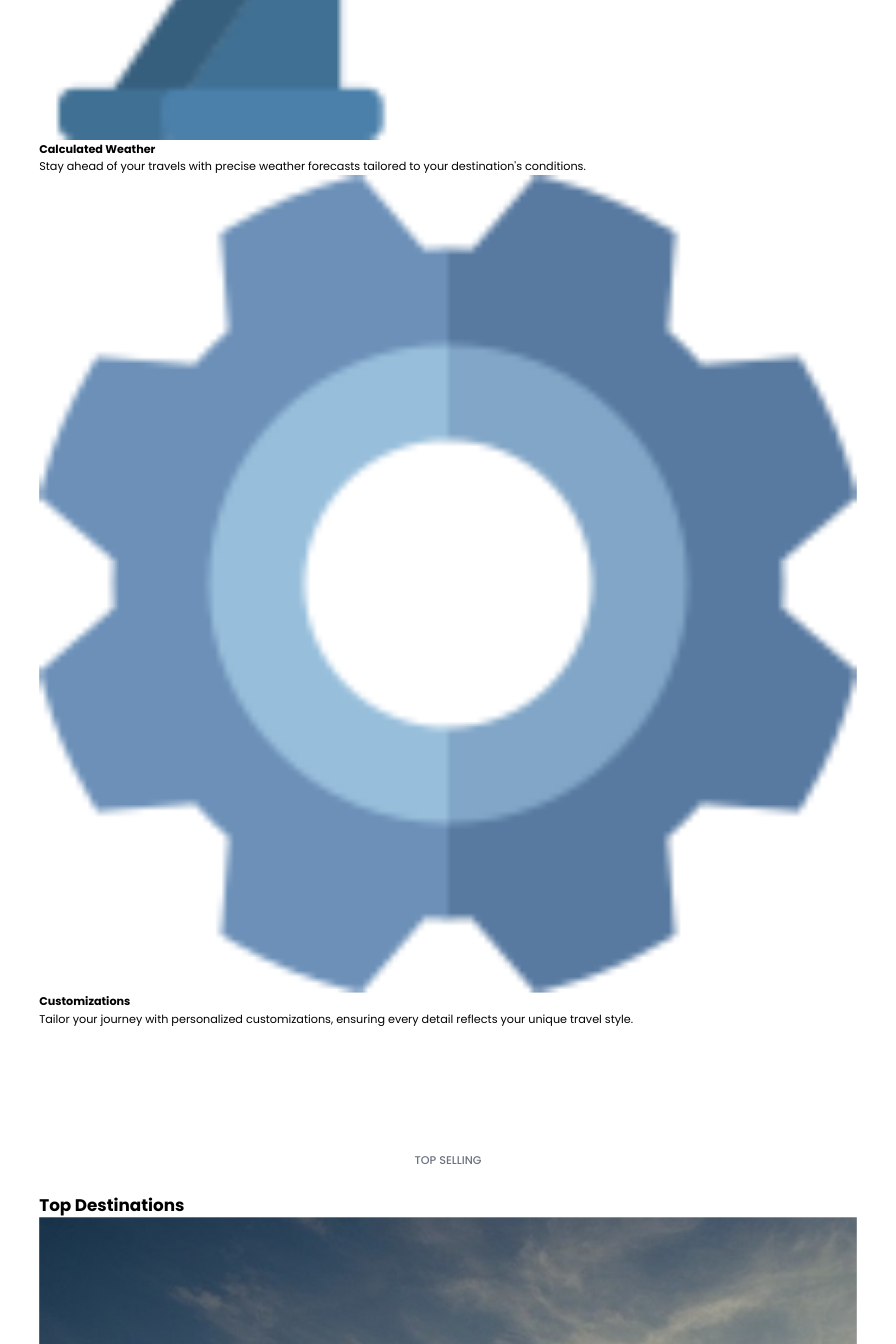
Repository: ntandomagana/travel-website
Page: index.html
The author's editor kept a copy of each file at every save. The page is drawn from the files as they stood at one save, then again after the next save.
The browser window is 1280 px wide. The pictures show the part of the page from y = 2460 to 4380 px (the page is 11343 px tall before and 11359 px after), at 70% of full size.

Above is the page before, as saved 2024-05-07 13:18:18.

### index.html
<!DOCTYPE html>
<html lang="en">
  <head>
    <meta charset="UTF-8" />
    <meta name="viewport" content="width=device-width, initial-scale=1.0" />
    <link
      href="https://cdn.jsdelivr.net/npm/remixicon@4.2.0/fonts/remixicon.css"
      rel="stylesheet"
    />
    <link
      rel="stylesheet"
      href="https://cdn.jsdelivr.net/npm/swiper@11/swiper-bundle.min.css"
    />
    <link rel="stylesheet" href="style.css" />
    <title>Travel Website</title>
  </head>
  <body>
    <nav>
      <div class="nav-header">
        <div class="logo">
          <a href="#" class="logo">Travel<span>S</span>.</a>
        </div>
        <div class="nav-menu-btn" id="menu-btn">
          <i class="ri-menu-line"></i>
        </div>
      </div>

      <ul class="nav-links" id="nav-links">
        <li><a href="#home">Home</a></li>
        <li><a href="#service">Services</a></li>
        <li><a href="#destination">Destinations</a></li>
        <li><a href="#trips">Trips</a></li>
        <li><a href="#client">Clients</a></li>
      </ul>
    </nav>

    <header class="section-container header-container" id="home">
      <div class="header-image">
        <img src="assets/header.png" alt="header" />
      </div>
      <div class="header-content">
        <h3 class="section-subheader">BEST DESTINATIONS AROUND THE WORLD</h3>
        <h1>Travel, enjoy and live a new full life</h1>
        <p>
          It's an invitation to break free from the ordinary, immerse yourself
          in diverse cultures, and embrace the beauty of the world around you.
          Let every journey be a chapter in your story of living life to its
          fullest potential.
        </p>
        <div class="header-btns">
          <button class="btn">Find out more</button>
          <a href="#">
            <span><i class="ri-play-fill"></i></span>
            Play Demo
          </a>
        </div>
      </div>
    </header>

    <section class="section-container service-container" id="service">
      <h3 class="section-subheader">CATEGORY</h3>
      <h2 class="section-header">We Offer Best Services</h2>
      <div class="service-grid">
        <div class="service-card">
          <img src="assets/weather.png" alt="service" />
          <h4>Calculated Weather</h4>
          <p>
            Stay ahead of your travels with precise weather forecasts tailored
            to your destination's conditions.
          </p>
        </div>
        <div class="service-card">
          <img src="assets/customisation.png" alt="service" />
          <h4>Customizations</h4>
          <p>
            Tailor your journey with personalized customizations, ensuring every
            detail reflects your unique travel style.
          </p>
        </div>
      </div>
    </section>

    <section class="section-container destination-container" id="destination">
      <h3 class="section-subheader">TOP SELLING</h3>
      <h2 class="section-header">Top Destinations</h2>
      <div class="destination-grid">
        <div class="destination-card">
          <img src="assets/destination-1.jpg" alt="destination" />
          <div class="destination-details">
            <div>
              <h4>Rome, Italy</h4>
              <h4>$5.42k</h4>
            </div>
            <p>
              <span><i class="ri-navigation-fill"></i></span>
              10 days trip
            </p>
          </div>
        </div>
        <div class="destination-card">
          <img src="assets/destination-3.jpg" alt="destination" />
          <div class="destination-details">
            <div>
              <h4>Full Europe</h4>
              <h4>$15k</h4>
            </div>
            <p>
              <span><i class="ri-navigation-fill"></i></span>
              28 Days Trip
            </p>
          </div>
        </div>
      </div>
    </section>

    <section class="section-container trip-container" id="trip">
      <div class="trip-image">
        <img src="assets/trip.png" />
      </div>
      <div class="trip-content">
        <h3 class="section-subheader">EASY & FAST</h3>
        <h2 class="section-header">Book Your Next Trip in 3 Easy Steps</h2>
        <ul class="trip-list">
          <li>
            <span><i class="ri-signpost-line"></i></span>
            <div>
              <h4>Choose Destination</h4>
              <p>
                Choose your dream destination from our curated selection of
                exotic locales, bustling cities, and serene getaways.
              </p>
            </div>
          </li>

          <li>
            <span><i class="ri-secure-payment-line"></i></span>
            <div>
              <h4>Reach Airport on Selected Date</h4>
              <p>
                Prepare for takeoff as you finalize your travel plans, arriving
                at the airport on your selected date ready to embark on your
                next unforgettable journey.
              </p>
            </div>
          </li>
        </ul>
      </div>
    </section>

    <section class="section-container clinet-container" id="client">
      <div class="client-content">
        <h3 class="section-subheader">TESTIMONIALS</h3>
        <h2 class="section-header">What People Say About Us</h2>
      </div>
      <div class="client-swiper">
        <!--Slider main container-->
        <div class="swiper">
          <!--Additional required wrapper-->
          <div class="swiper-wrapper">
            <!--Slides-->
            <div class="swiper-slide">
              <div class="client-card">
                <img src="assets/client-1.jpg" alt="client" />
                <div class="client-card-content">
                  <p>
                    Booking my trips through this platform has been a
                    game-changer! From the intuitive interface to the seamless
                    booking process, I've never felt more excited to explore new
                    destinations.
                  </p>
                  <h4>Emily Watson</h4>
                  <h5>Travel Enthusiast</h5>
                </div>
              </div>
            </div>
            <div class="swiper-slide">
              <div class="client-card">
                <img src="assets/client-2.jpg" alt="client" />
                <div class="client-card-content">
                  <p>
                    As a busy professional, time is of the essence. This website
                    made planning my vacation a breeze, allowing me to focus on
                    what matters most: making memories with my family.
                  </p>
                  <h4>David Nguyen</h4>
                  <h5>Business Executive</h5>
                </div>
              </div>
            </div>

            <div class="swiper-slide">
              <div class="client-card">
                <img src="assets/client-3.jpg" alt="client" />
                <div class="client-card-content">
                  <p>
                    I've been using this service for years, and it never
                    disappoints. The convenience of booking my flights,
                    accommodations, and activities all in one place saves me
                    time and stress every trip.
                  </p>
                  <h4>Michael Johnson</h4>
                  <h5>Frequent Flyer</h5>
                </div>
              </div>
            </div>
          </div>
        </div>
      </div>
    </section>

    <footer class="footer">
      <div class="section-container footer-container">
        <div class="footer-col">
          <div class="footer-logo">
            <a href="#" class="logo">Travel<span>S</span>.</a>
          </div>
          <p>
            Our platform is your passport to seamless adventures, offering a
            curated selection of destinations and a user-friendly booking
            experience.
          </p>
        </div>
        <div class="footer-col">
            <h4>Company</h4>
            <ul class="footer-links">
                <li><a href="#">About</a></li>
                <li><a href="#">Careers</a></li>
                <li><a href="#">Mobile</a></li>
            </ul>
        </div>
        <div class="footer-col">
          <h4>Contact</h4>
          <ul class="footer-links">
            <li><a href="#">Help/FAQ</a></li>
            <li><a href="#">Press</a></li>
            <li><a href="#">Affiliates</a></li>
          </ul>
        </div>
        <div class="footer-col">
          <ul class="footer-socials">
            <li>
              <a href="#"><i class="ri-facebook-fill"></i></a>
            </li>
            <li>
              <a href="#"><i class="ri-instagram-line"></i></a>
            </li>
            <li>
              <a href="#"><i class="ri-twitter-fill"></i></a>
            </li>
          </ul>
          <h5>Discover our app</h5>
          <div class="footer-discover">
            <a href="#"><img src="assets/google-play.jpg" alt="discover" /></a>
            <a href="#"><img src="assets/app-store.jpg" alt="discover" /></a>
          </div>
        </div>
      </div>
      <div class="footer-bar">
        Copyright © 2024 TravelS. All rights reserved.
      </div>
    </footer>

    <script src="https://unpkg.com/scrollreveal"></script>
    <script src="https://cdn.jsdelivr.net/npm/swiper@11/swiper-bundle.min.js"></script>
    <script src="main.js"></script>

      </div>

    </footer>
  </body>
</html>

### style.css
@import url("https://fonts.googleapis.com/css2?family=Poppins:ital,wght@0,100;0,200;0,300;0,400;0,500;0,600;0,700;0,800;0,900;1,100;1,200;1,300;1,400;1,500;1,600;1,700;1,800;1,900&display=swap");

:root {
  --primary-color: #e06951;
  --text-dark: #111827;
  --text-light: #6b7280;
  --white: #ffffff;
  --max-width: 1200px;
}

* {
  padding: 0;
  margin: 0;
  box-sizing: border-box;
}

html,
body {
  scroll-behavior: smooth;
}

body {
  font-family: "Poppins", sans-serif;
  background-image: url(assets/header-bg.png);
  background-size: contain;
  background-position: top center;
  background-repeat: no-repeat;
}

nav {
  position: fixed;
  isolation: isolate;
  width: 100%;
  max-width: var(--max-width);
  margin-inline: auto;
  z-index: 9;
}

.nav-header {
  padding: 1rem;
  width: 100%;
  display: flex;
  align-items: center;
  justify-content: space-between;
  background-color: var(--text-dark);
}

.nav-header .logo {
  color: var(--white);
}

.nav-menu-btn {
  font-size: 1rem;
  color: var(--white);
  cursor: pointer;
}

.nav-links {
  position: absolute;
  top: 65px;
  left: 0;
  width: 100%;
  list-style: none;
  display: flex;
  align-items: center;
  justify-content: center;
  flex-direction: column;
  gap: 2rem;
  padding: 2rem;
  background-color: var(--text-dark);
  transition: 0.5s;
  z-index: -1;
  transform: translateY(-100%);
}

.nav-links.open {
  transform: translateY(0);
}

.nav-links a {
  font-weight: 500;
  white-space: nowrap;
  color: var(--white);
}

.nav-links a:hover {
  color: var(--primary-color);
}

.section-container {
  max-width: var(--max-width);
  margin: auto;
  padding: 5rem 1rem;
}

.section-subheader {
  margin-bottom: 1rem;
  font-size: 1rem;
  font-weight: 500;
  line-height: 3.75rem;
  color: var(--text-light);
  text-align: center;
}

.logo {
  font-size: 1.75rem;
  font-weight: 600;
  color: var(--text-dark);
}

.logo span {
  color: var(--primary-color);
}

img {
  display: flex;
  width: 100%;
}

a {
  text-decoration: none;
  transition: 0.4s;
}

ul {
  list-style: none;
}

.header-container {
  display: grid;
  gap: 2rem;
  overflow: hidden;
}

.header-image img {
  max-width: 550px;
  margin-inline: auto;
}

.header-content .section-subheader {
  font-size: 1.2rem;
  color: var(--primary-color);
}

.header-content h1 {
  margin-bottom: 1rem;
  font-size: 4.75rem;
  font-weight: 500;
  line-height: 5.5rem;
  color: var(--text-dark);
  text-align: center;
}

.header-content p {
  margin-bottom: 2rem;
  line-height: 2rem;
  color: var(--text-light);
  text-align: center;
}

.header-btns {
  display: flex;
  align-items: center;
  justify-content: center;
  gap: 2rem;
}

.header-btns .btn {
  padding: 1rem 1.5rem;
  outline: none;
  border: none;
  font-size: 1rem;
  color: var(--white);
  background-color: #f1a501;
  border-radius: 5px;
  box-shadow: 2px 2px 20px rgba(241, 165, 1, 0.5);
  cursor: pointer;
}

.header-btns a {
  display: flex;
  align-items: center;
  gap: 1rem;
  font-size: 1rem;
  font-weight: 500;
  color: var(--text-light);
  transition: 0.3s;
}

.header-btns a:hover {
  color: var(--text-dark);
}

.header-btns a span {
  padding: 6px 12px;
  font-size: 1.5rem;
  color: var(--white);
  background-color: var(--primary-color);
  box-shadow: 2px 2px 20px rgba(224, 105, 81, 0.5);
  border-radius: 100%;
}

.service-grid {
    margin-top: 4rem;
    display: grid;
}

Loaded but not shown: main.js (no copy from this time; the picture is the same without it)

After the next save:
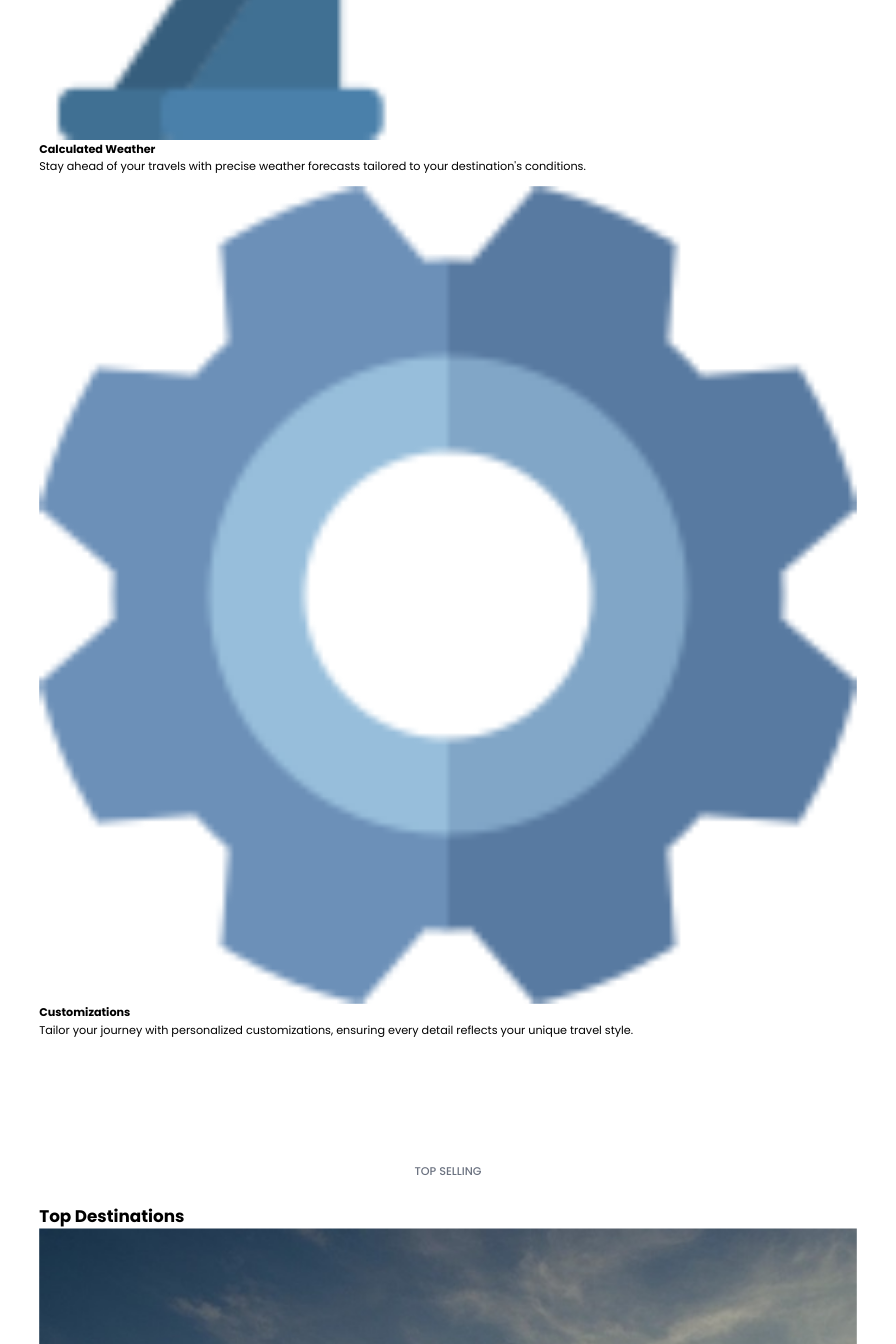
Saved 21 s later.
--- a/style.css
+++ b/style.css
@@ -203,4 +203,5 @@ ul {
 .service-grid {
     margin-top: 4rem;
     display: grid;
-}
+    gap: 1rem;
+}
